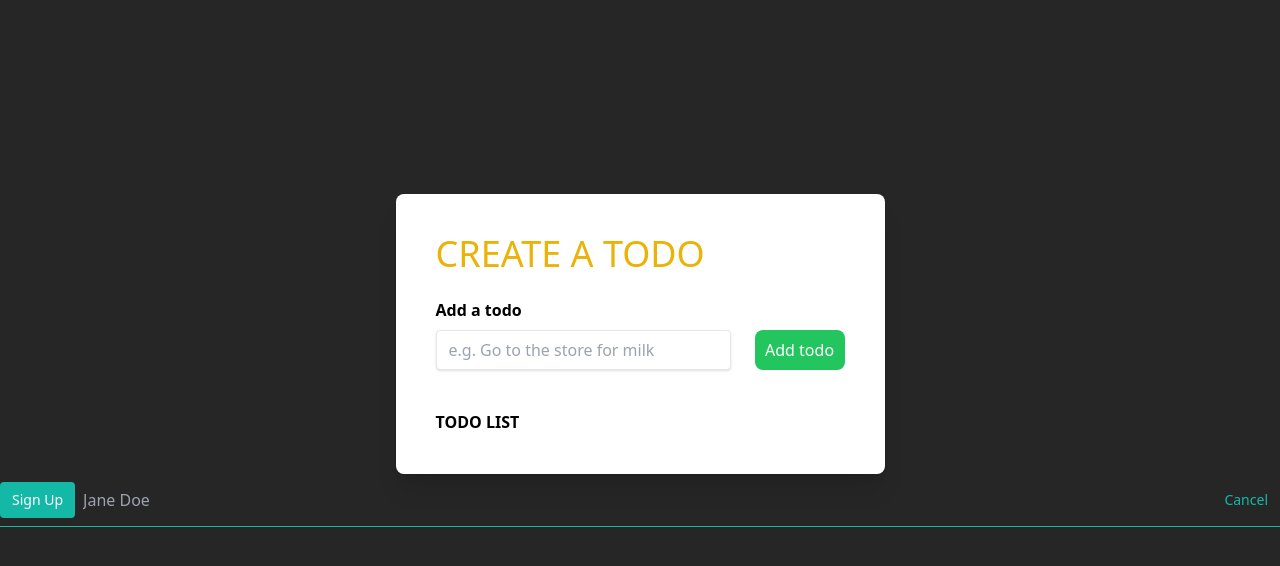
Repository: Kajo-lab/vue-todo
Page: /
The author's editor kept a copy of each file at every save. The page is drawn from the files as they stood at one save, then again after the next save.
The browser window is 1280 px wide. The pictures show the whole page.
The project was rebuilt for these pictures with package versions that can differ from the ones it lists, and the page was loaded fresh each time. Also part of the build but not shown: vite.config.js, webpack.config.js.

Above is the page before, as saved 2022-07-07 18:05:54.

### src/main.js
import { createApp } from 'vue'
import App from './App.vue'
import "./assets/tailwind.css";

createApp(App).mount('#app')

### src/App.vue
<script setup>
import { ref, onMounted, computed, watch } from 'vue'

const todos = ref([])
const name = ref('')

const input_content = ref('')

const todos_asc = computed(() => todos.value.sort((a,b) =>{
	return a.createdAt - b.createdAt
}))

watch(name, (newVal) => {
	localStorage.setItem('name', newVal)
})

watch(todos, (newVal) => {
	localStorage.setItem('todos', JSON.stringify(newVal))
}, {
	deep: true
})

const addTodo = () => {
  if (input_content.value.trim() === '') {
    return
  }

	todos.value.push({
		content: input_content.value,
		done: false,
		editable: false,
		createdAt: new Date().getTime()
	})

	input_content.value = ''
}

const removeTodo = (todo) => {
	todos.value = todos.value.filter((t) => t !== todo)
}

onMounted(() => {
	name.value = localStorage.getItem('name') || ''
	todos.value = JSON.parse(localStorage.getItem('todos')) || []
})
</script>

<template>

<main class="relative flex min-h-screen flex-col justify-center overflow-hidden bg-neutral-800 py-6 sm:py-12">
	<div class="relative bg-white px-6 pt-10 pb-8 shadow-xl ring-1 ring-gray-900/5 sm:mx-auto sm:max-w-lg sm:rounded-lg sm:px-10">
		<section class="mb-10">
		<h1 class="text-4xl text-yellow-500 mb-6">CREATE A TODO</h1>
				<h3 class="mb-2 font-bold">Add a todo</h3>
				<form id="new-todo-form" class="flex gap-6" @submit.prevent="addTodo">
					<input
						class="shadow appearance-none border rounded w-full py-2 px-3 text-gray-700 leading-tight focus:outline-none focus:shadow-outline"
						type="text"
						name="content"
						id="content"
						placeholder="e.g. Go to the store for milk"
						v-model="input_content" />

					<input type="submit" value="Add todo" class="h-10 w-32 text-white rounded-lg bg-green-500 hover:bg-green-600"/>
				</form>
		</section>

		<section>
				<h3 class="mb-2 font-bold">TODO LIST</h3>
				<div id="todo-list">
					<div class="flex mb-4" v-for="todo in todos_asc" :class="`todo-item ${todo.done && 'done'}`">

						<div class="flex gap-6 w-full max-w-sm todo-content ">
						<label>
							<input type="checkbox" v-model="todo.done" />
							<span class="bubble"></span>
						</label>


							<input
							class=" shadow appearance-none border-none rounded w-full py-2 px-3 text-gray-700 leading-tight focus:outline-none focus:shadow-outline"
							type="text"
							v-model="todo.content" />

							<button class="h-10 w-20 text-white rounded-lg bg-red-500 hover:bg-red-600" @click="removeTodo(todo)">Delete</button>
						</div>
					</div>

				</div>
		</section>
	</div>



  <div class="flex items-center border-b border-teal-500 py-2">
	    <button class="flex-shrink-0 bg-teal-500 hover:bg-teal-700 border-teal-500 hover:border-teal-700 text-sm border-4 text-white py-1 px-2 rounded" type="button">
      Sign Up
    </button>
    <input class="appearance-none bg-transparent border-none w-full text-gray-700 mr-3 py-1 px-2 leading-tight focus:outline-none" type="text" placeholder="Jane Doe" aria-label="Full name">

    <button class="flex-shrink-0 border-transparent border-4 text-teal-500 hover:text-teal-800 text-sm py-1 px-2 rounded" type="button">
      Cancel
    </button>
  </div>

</main>





</template>

<style src="./assets/tailwind.css"></style>

### src/assets/tailwind.css
@tailwind base;
@tailwind components;
@tailwind utilities;


.bubble {
	display: flex;
	align-items: center;
	justify-content: center;
	width: 20px;
	height: 20px;
	border-radius: 50%;
	border: 2px solid var(--business);
	box-shadow: var(--business-glow);
}


.todo-item label {
    @apply block mr-4 cursor-pointer ;
}


.todo-item.done .todo-content input {
	text-decoration: line-through;
	color: gray;
}

Loaded but not shown: tailwind.config.js (common file)

After the next save:
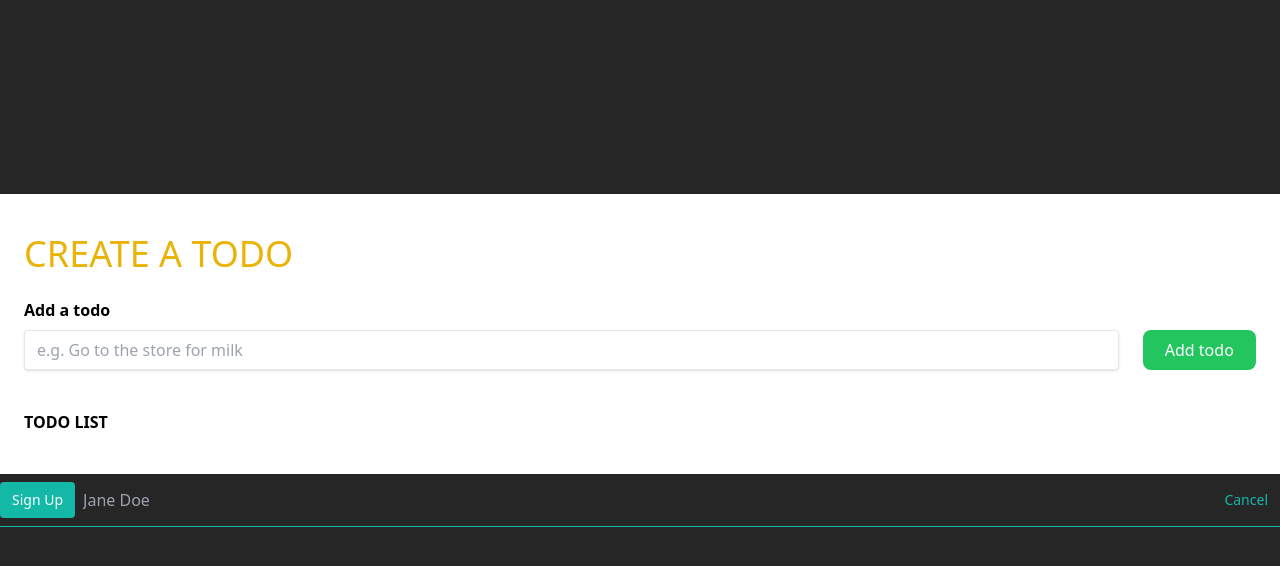
Saved 5 s later.
--- a/src/App.vue
+++ b/src/App.vue
@@ -48,7 +48,7 @@ onMounted(() => {
 <template>
 
 <main class="relative flex min-h-screen flex-col justify-center overflow-hidden bg-neutral-800 py-6 sm:py-12">
-	<div class="relative bg-white px-6 pt-10 pb-8 shadow-xl ring-1 ring-gray-900/5 sm:mx-auto sm:max-w-lg sm:rounded-lg sm:px-10">
+	<div class="relative bg-white px-6 pt-10 pb-8 ">
 		<section class="mb-10">
 		<h1 class="text-4xl text-yellow-500 mb-6">CREATE A TODO</h1>
 				<h3 class="mb-2 font-bold">Add a todo</h3>
